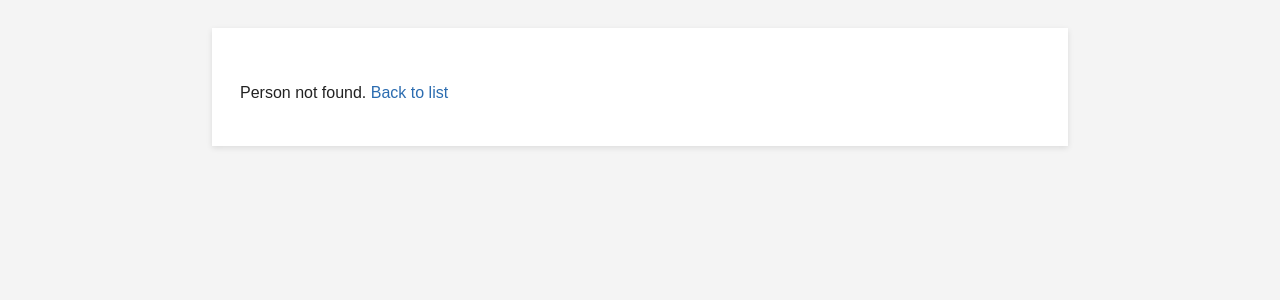
Repository: Arisha004/CV-generator
Page: http://localhost/cv.php
An editor plug-in stored every save of this project. The page is shown before and after a run of saves, followed by the edit.
The browser window is 1280 px wide. The pictures show the whole page.
The page is run by PHP 8.4 with error messages shown; the project is at /var/www/html/. Queries for data that is not in the repository find no rows.

Above is the page before, as saved 2025-10-19 14:20:15.

After the next 7 saves:
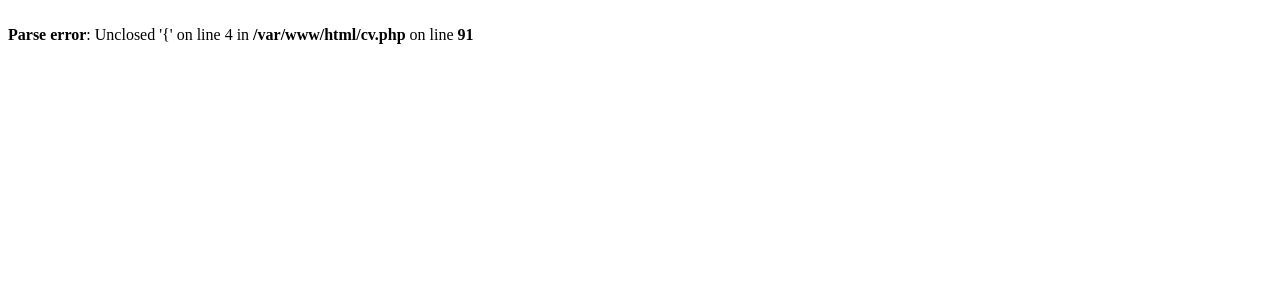
The 7 saves are shown as one change because they came seconds apart.
The last was saved 72 s later.
--- a/cv.php
+++ b/cv.php
@@ -1,6 +1,9 @@
 
 <?php
 include 'db.php';
+if(isset($_POST['id'])){
+    $id = $_POST['id'];
+
 $id = isset($_GET['id']) ? (int)$_GET['id'] : 0;
 
 $stmt = $conn->prepare("SELECT * FROM person WHERE id = ?");
